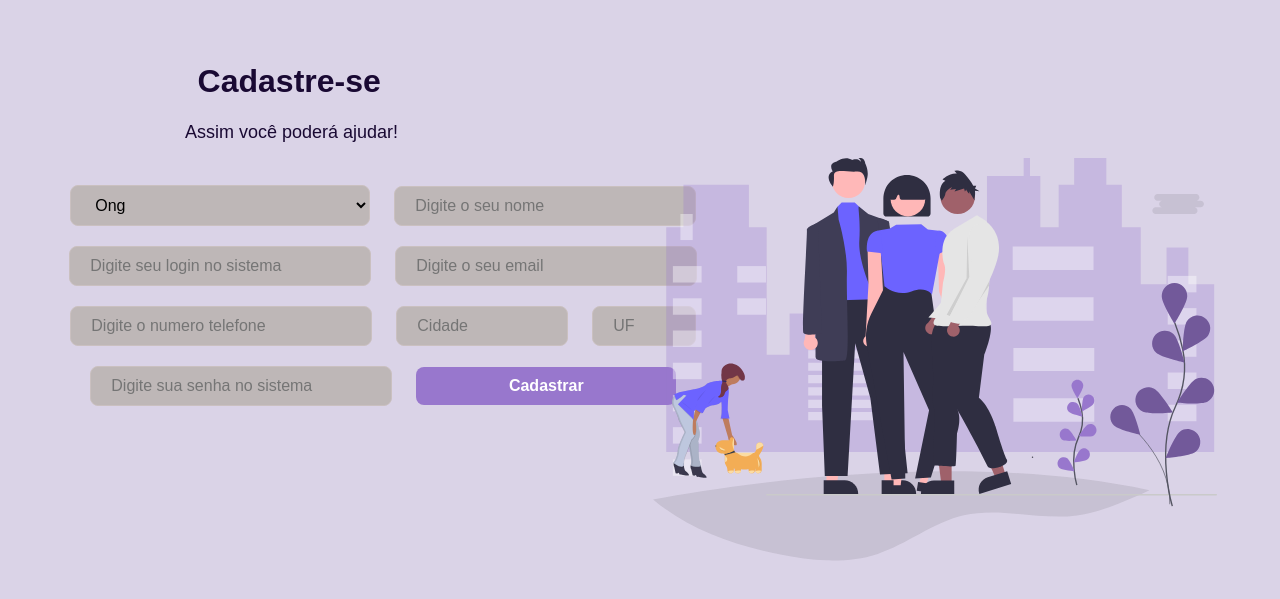
Repository: Dirlandia404/Casos
Page: frontend/public/pages/cadastro.html
An editor plug-in stored every save of this project. The page is shown before and after the next save, followed by the edit.
The browser window is 1280 px wide. The pictures show the whole page.
Some web libraries are served in a nearby version.

Above is the page before, as saved 2021-07-29 11:26:26.

After the next save:
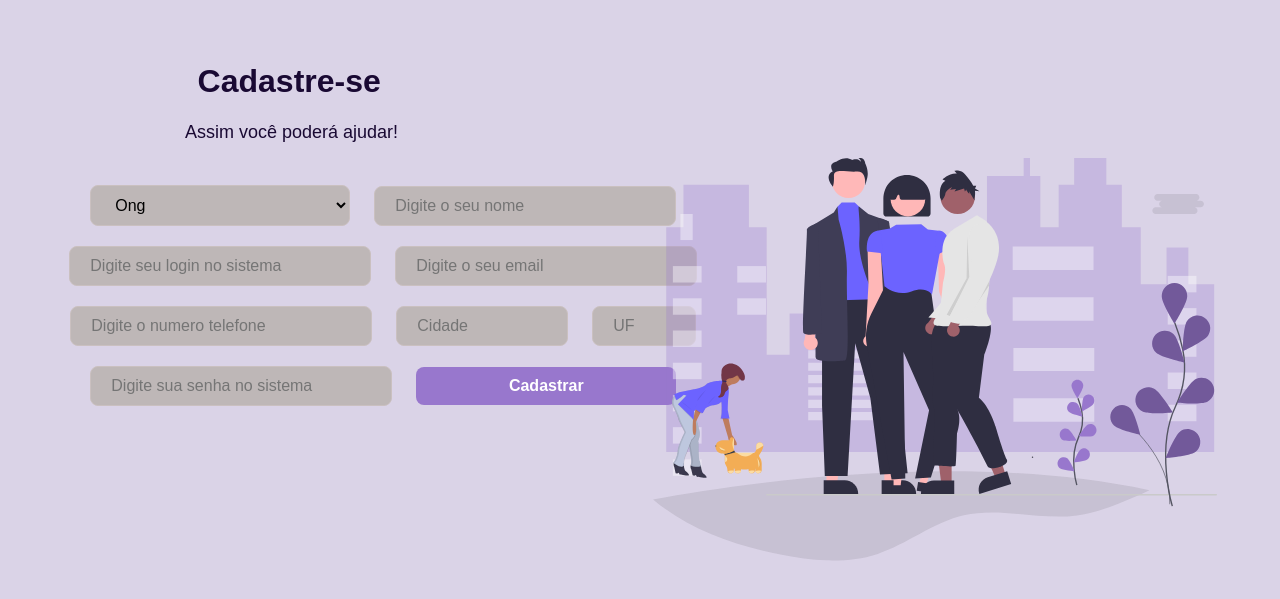
Saved 22 s later.
--- a/frontend/public/pages/src/style/cadastro.css
+++ b/frontend/public/pages/src/style/cadastro.css
@@ -49,11 +49,7 @@
 input[type=address2]{
     width: 62px;
 }
-select{
-    width: 300px;
 
-
-}
 
 form button{
     background-color: #9877CD;

After the save that followed:
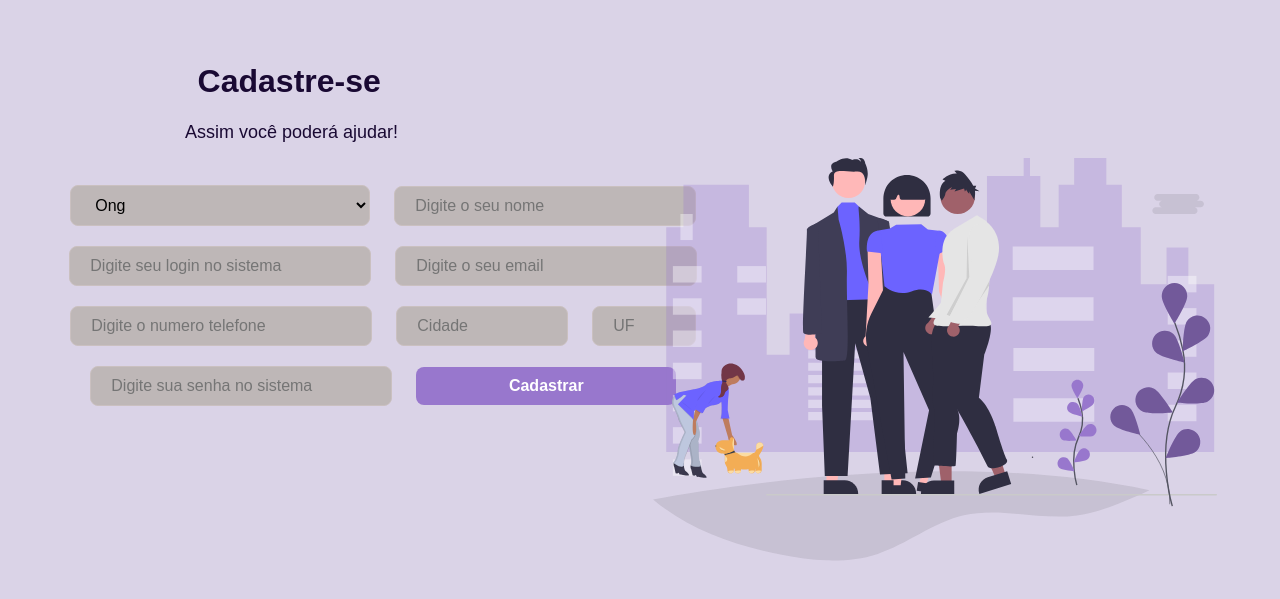
Saved 6 s later.
--- a/frontend/public/pages/src/style/cadastro.css
+++ b/frontend/public/pages/src/style/cadastro.css
@@ -49,7 +49,10 @@
 input[type=address2]{
     width: 62px;
 }
+select{
+    width: 300px;
 
+}
 
 form button{
     background-color: #9877CD;
